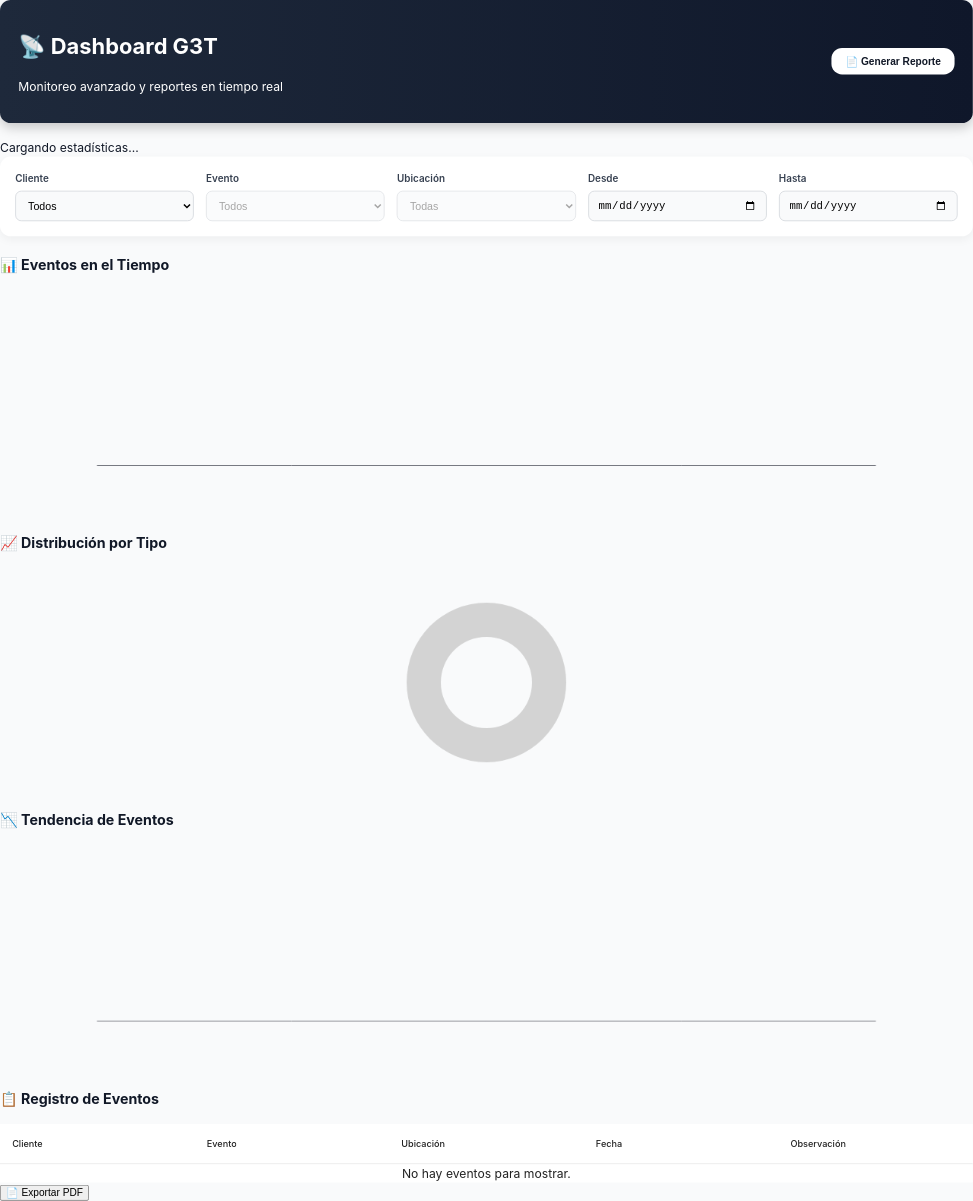
Repository: BBrian11/reportes
Page: /
These files come from the project's save history. The page is drawn as it stood at one moment and after the next save; the edit follows.
The browser window is 1280 px wide. The pictures show the whole page, at 76% of full size.
The page's requests for data from a server got no answer. The project was rebuilt for these pictures with package versions that can differ from the ones it lists, and the page was loaded fresh each time. Some packages were replaced by stand-ins written for this rebuild. No one was signed in, and anything a server would have sent is missing. Also part of the build but not shown: vite.config.js, src/styles/form.css.

Above is the page before, as saved 2025-07-29 14:00:40.

### index.html
<!DOCTYPE html>
<html lang="es">
  <head>
    <meta charset="UTF-8" />
    <meta name="viewport" content="width=device-width, initial-scale=1.0" />
    <title>Dashboard G3T</title>
  </head>
  <body>
    <div id="root"></div>
    <script type="module" src="/src/main.jsx"></script>
  </body>
</html>

### src/main.jsx
import React from "react";
import ReactDOM from "react-dom/client";
import App from "./App.jsx";
import "./styles/dashboard.css";
import "./styles/form.css";

ReactDOM.createRoot(document.getElementById("root")).render(
  <React.StrictMode>
    <App />
  </React.StrictMode>
);

### src/App.jsx
import React from "react";
import Dashboard from "./components/Dashboard/Dashboard.jsx";

export default function App() {
  return <Dashboard />;
}

### src/styles/dashboard.css
/* ===========================
   DASHBOARD PRO G3T
   =========================== */
   :root {
    --color-primary: #2563eb;
    --color-secondary: #1e40af;
    --color-success: #14b8a6;
    --color-warning: #facc15;
    --color-danger: #dc2626;
    --bg-light: #f9fafb;
    --text-dark: #111827;
    --radius: 14px;
    --transition: 0.3s ease;
  }

  body {
    font-family: 'Inter', sans-serif;
    background-color: var(--bg-light);
    color: var(--text-dark);
    margin: 0;
    padding: 0;
    line-height: 1.5;
  }

  /* ---- Header ---- */
  .dashboard-header {
    background: linear-gradient(90deg, #1e293b, #0f172a);
    color: #fff;
    padding: 20px 24px;
    border-radius: var(--radius);
    display: flex;
    justify-content: space-between;
    align-items: center;
    margin-bottom: 20px;
    box-shadow: 0 6px 16px rgba(0,0,0,0.2);
  }

  .dashboard-header h1 {
    font-size: 1.8rem;
    font-weight: 700;
  }

  .dashboard-header button {
    background: #fff;
    color: var(--text-dark);
    font-weight: 600;
    padding: 10px 18px;
    border-radius: var(--radius);
    cursor: pointer;
    border: none;
    transition: var(--transition);
  }

  .dashboard-header button:hover {
    background: #e5e7eb;
  }

  /* ---- Stats Cards ---- */
  .stats-grid {
    display: grid;
    grid-template-columns: repeat(auto-fit, minmax(280px, 1fr));
    gap: 20px;
    margin-bottom: 24px;
  }

  .stat-card {
    border-radius: var(--radius);
    padding: 20px;
    color: #fff;
    text-align: center;
    font-weight: 600;
    position: relative;
    overflow: hidden;
    box-shadow: 0 4px 14px rgba(0,0,0,0.08);
    transition: transform var(--transition);
  }

  .stat-card:hover {
    transform: translateY(-4px);
  }

  .stat-card h2 {
    font-size: 1.6rem;
    margin-top: 8px;
  }

  /* ---- Filters ---- */
  .filters-box {
    background: #fff;
    padding: 18px;
    border-radius: var(--radius);
    display: flex;
    flex-wrap: wrap;
    gap: 12px;
    margin-bottom: 24px;
    box-shadow: 0 4px 12px rgba(0,0,0,0.05);
  }

  .filters-box select,
  .filters-box input {
    padding: 10px 12px;
    border-radius: 8px;
    border: 1px solid #d1d5db;
    font-size: 14px;
    min-width: 150px;
    transition: var(--transition);
  }

  .filters-box select:focus,
  .filters-box input:focus {
    border-color: var(--color-primary);
    outline: none;
    box-shadow: 0 0 0 3px rgba(37,99,235,0.2);
  }

  /* ---- Charts ---- */
  .chart-container {
    background: #fff;
    padding: 18px;
    border-radius: var(--radius);
    margin-bottom: 20px;
    box-shadow: 0 4px 12px rgba(0,0,0,0.05);
    transition: var(--transition);
  }

  .chart-container:hover {
    transform: scale(1.02);
  }
  /* ---- Filters ---- */
.filters-box {
    background: #fff;
    padding: 20px;
    border-radius: var(--radius);
    display: flex;
    flex-wrap: wrap;
    gap: 16px;
    align-items: flex-end;
    box-shadow: 0 4px 12px rgba(0,0,0,0.05);
  }

  .filter-item {
    display: flex;
    flex-direction: column;
    min-width: 160px;
    flex: 1;
  }

  .filter-label {
    font-size: 13px;
    font-weight: 600;
    color: #374151;
    margin-bottom: 6px;
  }

  .filter-select,
  .filter-input {
    padding: 10px 12px;
    border-radius: 10px;
    border: 1px solid #d1d5db;
    background: #f9fafb;
    font-size: 14px;
    transition: all 0.3s ease;
  }

  .filter-select:focus,
  .filter-input:focus {
    border-color: var(--color-primary);
    background: #fff;
    box-shadow: 0 0 0 3px rgba(37,99,235,0.2);
    outline: none;
  }

  /* ---- Events Table ---- */
  .table-wrapper {
    background: #fff;
    padding: 18px;
    border-radius: var(--radius);
    box-shadow: 0 4px 12px rgba(0,0,0,0.05);
  }

  /* ---- Buttons ---- */
  .btn-primary {
    background: var(--color-primary);
    color: #fff;
    padding: 10px 16px;
    border-radius: var(--radius);
    font-weight: 600;
    cursor: pointer;
    transition: var(--transition);
    border: none;
  }

  .btn-primary:hover {
    background: var(--color-secondary);
  }

### src/components/Dashboard/Dashboard.jsx
// src/components/Dashboard/Dashboard.jsx
import React, { useEffect, useState } from "react";
import Header from "./Header.jsx";
import StatsCards from "./StatsCards.jsx";
import Filters from "./Filters.jsx";
import Charts from "./Charts.jsx";
import EventsTable from "./EventsTable.jsx";
import ExportPDF from "./ExportPDF.jsx";
import { collection, onSnapshot } from "firebase/firestore";
import { db } from "../../services/firebase";
import "../../styles/dashboard.css";

export default function Dashboard() {
  const [eventos, setEventos] = useState([]);
  const [filtros, setFiltros] = useState({
    cliente: "",
    evento: "",
    ubicacion: "",
    fechaInicio: "",
    fechaFin: "",
  });

  // 🔹 Cargar datos de TODAS las colecciones
  useEffect(() => {
    const collections = [
      { path: "novedades/tgs/eventos", cliente: "TGS", eventoKey: "evento-tgs", ubicacionKey: "locaciones-tgs" },
      { path: "novedades/edificios/eventos", cliente: "Edificios", eventoKey: "evento-edificio" }, // 🔥 Sin ubicacionKey fijo
      { path: "novedades/vtv/eventos", cliente: "VTV", eventoKey: "evento-vtv", ubicacionKey: "planta-vtv" },
      { path: "novedades/barrios/eventos", cliente: "Barrios", eventoKey: "evento-barrios", ubicacionKey: "barrio" },
      { path: "novedades/otros/eventos", cliente: "Otros", eventoKey: "evento-otros", ubicacionKey: "otro" }
    ];


    const unsubscribes = collections.map(({ path, cliente, eventoKey, ubicacionKey }) =>
      onSnapshot(collection(db, path), (snapshot) => {
        const nuevos = snapshot.docs.map((doc) => {
          const d = doc.data();

          let ubicacion = "Sin Ubicación";

          if (cliente === "Edificios") {
            // ✅ Armar la ubicación con Edificio + Unidad
            const edificio = d["edificio"] || "";
            const unidad = d["unidad"] ? ` - ${d["unidad"]}` : "";
            ubicacion = edificio ? edificio + unidad : "Sin Ubicación";
          } else {
            // ✅ Para los demás clientes usamos ubicacionKey
            ubicacion = d[ubicacionKey] || "Sin Ubicación";
          }

          return {
            id: doc.id,
            cliente,
            evento: d[eventoKey] || "Sin Evento",
            ubicacion,
            fecha: d.fechaHoraEnvio
              ? new Date(d.fechaHoraEnvio.seconds * 1000).toLocaleString("es-AR")
              : "Sin Fecha",
            observacion: d[`observaciones-${cliente.toLowerCase()}`] || "Sin Observación",
          };
        });


        setEventos((prev) => {
          const filtradosPrev = prev.filter((e) => e.cliente !== cliente);
          return [...filtradosPrev, ...nuevos];
        });
      })
    );

    return () => unsubscribes.forEach((unsub) => unsub());
  }, []);

  // 🔍 Aplicar filtros
  const eventosFiltrados = eventos.filter((e) => {
    const fecha = new Date(e.fecha);
    const fechaInicio = filtros.fechaInicio ? new Date(filtros.fechaInicio) : null;
    const fechaFin = filtros.fechaFin ? new Date(filtros.fechaFin) : null;

    return (
      (!filtros.cliente || e.cliente === filtros.cliente) &&
      (!filtros.evento || e.evento === filtros.evento) &&
      (!filtros.ubicacion || e.ubicacion === filtros.ubicacion) &&
      (!fechaInicio || fecha >= fechaInicio) &&
      (!fechaFin || fecha <= fechaFin)
    );
  });

  return (
    <div className="p-4 bg-gray-100 min-h-screen">
      <Header />
      <StatsCards eventos={eventosFiltrados} />
      <Filters filtros={filtros} setFiltros={setFiltros} eventos={eventos} />
      <Charts eventos={eventosFiltrados} />
      <EventsTable eventos={eventosFiltrados} />
      <ExportPDF eventos={eventosFiltrados} />
    </div>
  );
}

### src/components/Dashboard/Header.jsx
// src/components/Dashboard/Header.jsx
import React from "react";

export default function Header() {
  return (
    <div className="dashboard-header">
      <div>
        <h1>📡 Dashboard G3T</h1>
        <p>Monitoreo avanzado y reportes en tiempo real</p>
      </div>
      <button className="btn-primary">📄 Generar Reporte</button>
    </div>
  );
}

### src/components/Dashboard/StatsCards.jsx
import React from "react";

export default function StatsCards({ eventos }) {
  if (!eventos || eventos.length === 0) {
    return (
      <div className="flex justify-center items-center text-gray-500 mb-6 animate-pulse">
        Cargando estadísticas...
      </div>
    );
  }

  // ✅ Calcular estadísticas
  const eventCount = {};
  const locationCount = {};

  eventos.forEach((e) => {
    eventCount[e.evento] = (eventCount[e.evento] || 0) + 1;
    locationCount[e.ubicacion] = (locationCount[e.ubicacion] || 0) + 1;
  });

  const eventoMasFrecuente = Object.entries(eventCount).sort((a, b) => b[1] - a[1])[0][0];
  const ubicacionMasFrecuente = Object.entries(locationCount).sort((a, b) => b[1] - a[1])[0][0];

  // ✅ Evento crítico
  const eventosCriticosLista = [
    "Alarma", "Puerta Forzada", "Coacción", "Pánico", "Intrusión", "Robo"
  ];

  const eventoCritico =
    eventos.find((e) =>
      eventosCriticosLista.some((critico) =>
        e.evento.toLowerCase().includes(critico.toLowerCase())
      )
    )?.evento || "Sin Evento Crítico";
    return (
      <div className="stats-grid">
        <div className="stat-card" style={{ background: "var(--color-success)" }}>
          <p>🚨 Evento más recurrente</p>
          <h2>{eventoMasFrecuente}</h2>
        </div>
        <div className="stat-card" style={{ background: "var(--color-warning)", color: "#000" }}>
          <p>📍 Ubicación con más eventos</p>
          <h2>{ubicacionMasFrecuente}</h2>
        </div>
        <div className="stat-card" style={{ background: "var(--color-danger)" }}>
          <p>⚠ Evento Crítico</p>
          <h2>{eventoCritico}</h2>
        </div>
      </div>
    );

}

### src/components/Dashboard/Filters.jsx
import React from "react";

export default function Filters({ filtros, setFiltros, eventos }) {
  // Filtrar dinámicamente
  const eventosPorCliente = filtros.cliente
    ? eventos.filter((e) => e.cliente === filtros.cliente)
    : eventos;

  const clientes = [...new Set(eventos.map((e) => e.cliente))];
  const eventosUnicos = [...new Set(eventosPorCliente.map((e) => e.evento))];
  const ubicaciones = [...new Set(eventosPorCliente.map((e) => e.ubicacion))];

  return (
    <div className="filters-box">
      {/* Cliente */}
      <div className="filter-item">
        <label className="filter-label">Cliente</label>
        <select
          className="filter-select"
          value={filtros.cliente}
          onChange={(e) =>
            setFiltros({ ...filtros, cliente: e.target.value, evento: "", ubicacion: "" })
          }
        >
          <option value="">Todos</option>
          {clientes.map((c, idx) => (
            <option key={idx} value={c}>
              {c}
            </option>
          ))}
        </select>
      </div>

      {/* Evento */}
      <div className="filter-item">
        <label className="filter-label">Evento</label>
        <select
          className="filter-select"
          value={filtros.evento}
          onChange={(e) => setFiltros({ ...filtros, evento: e.target.value })}
          disabled={!filtros.cliente}
        >
          <option value="">Todos</option>
          {eventosUnicos.map((ev, idx) => (
            <option key={idx} value={ev}>
              {ev}
            </option>
          ))}
        </select>
      </div>

      {/* Ubicación */}
      <div className="filter-item">
        <label className="filter-label">Ubicación</label>
        <select
          className="filter-select"
          value={filtros.ubicacion}
          onChange={(e) => setFiltros({ ...filtros, ubicacion: e.target.value })}
          disabled={!filtros.cliente}
        >
          <option value="">Todas</option>
          {ubicaciones.map((u, idx) => (
            <option key={idx} value={u}>
              {u}
            </option>
          ))}
        </select>
      </div>

      {/* Fechas */}
      <div className="filter-item">
        <label className="filter-label">Desde</label>
        <input
          type="date"
          className="filter-input"
          value={filtros.fechaInicio}
          onChange={(e) => setFiltros({ ...filtros, fechaInicio: e.target.value })}
        />
      </div>
      <div className="filter-item">
        <label className="filter-label">Hasta</label>
        <input
          type="date"
          className="filter-input"
          value={filtros.fechaFin}
          onChange={(e) => setFiltros({ ...filtros, fechaFin: e.target.value })}
        />
      </div>
    </div>
  );
}

### src/components/Dashboard/Charts.jsx
// src/components/Dashboard/Charts.jsx
import React from "react";
import BarChart from "./BarChart.jsx";
import PieChart from "./PieChart.jsx";
import LineChart from "./LineChart.jsx";

export default function Charts({ eventos }) {
  return (
    <div className="grid grid-cols-1 gap-6 md:grid-cols-2 mb-6">
      <div className="col-span-2 bg-white rounded-lg shadow p-4">
        <h3 className="text-lg font-bold mb-2 text-center">📊 Eventos en el Tiempo</h3>
        <BarChart eventos={eventos} />
      </div>
      <div className="bg-white rounded-lg shadow p-4">
        <h3 className="text-lg font-bold mb-2 text-center">📈 Distribución por Tipo</h3>
        <PieChart eventos={eventos} />
      </div>
      <div className="bg-white rounded-lg shadow p-4">
        <h3 className="text-lg font-bold mb-2 text-center">📉 Tendencia de Eventos</h3>
        <LineChart eventos={eventos} />
      </div>
    </div>
  );
}

### src/components/Dashboard/EventsTable.jsx
// src/components/Dashboard/EventsTable.jsx
import React from "react";
import DataTable from "react-data-table-component";

export default function EventsTable({ eventos }) {
  const columns = [
    { name: "Cliente", selector: (row) => row.cliente, sortable: true },
    { name: "Evento", selector: (row) => row.evento, sortable: true },
    { name: "Ubicación", selector: (row) => row.ubicacion },
    { name: "Fecha", selector: (row) => row.fecha },
    { name: "Observación", selector: (row) => row.observacion },
  ];

  return (
    <div className="bg-white rounded-lg shadow p-4 mb-6">
      <h3 className="text-lg font-bold mb-2 flex items-center gap-2">
        📋 Registro de Eventos
      </h3>
      <DataTable
        columns={columns}
        data={eventos}
        pagination
        highlightOnHover
        responsive
        persistTableHead
        striped
        noDataComponent="No hay eventos para mostrar."
      />
    </div>
  );
}

### src/components/Dashboard/ExportPDF.jsx
// src/components/Dashboard/ExportPDF.jsx
import React from "react";
import jsPDF from "jspdf";
import autoTable from "jspdf-autotable";
import Swal from "sweetalert2";

export default function ExportPDF({ eventos }) {
  const generatePDF = async () => {
    if (eventos.length === 0) {
      Swal.fire("Aviso", "No hay datos para exportar.", "warning");
      return;
    }

    // ✅ Generar PDF
    const pdf = new jsPDF("p", "mm", "a4");
    pdf.setFont("helvetica", "bold");
    pdf.setFontSize(18);
    pdf.text("Reporte de Eventos G3T", 105, 20, { align: "center" });

    pdf.setFontSize(12);
    pdf.setFont("helvetica", "normal");
    pdf.text(`Fecha: ${new Date().toLocaleDateString("es-AR")}`, 14, 30);

    pdf.line(10, 35, 200, 35);

    // ✅ Tabla con autoTable
    const tableData = eventos.map((e) => [
      e.cliente,
      e.evento,
      e.ubicacion,
      e.fecha,
      e.observacion,
    ]);

    autoTable(pdf, {
      head: [["Cliente", "Evento", "Ubicación", "Fecha", "Observación"]],
      body: tableData,
      startY: 40,
      theme: "striped",
      headStyles: { fillColor: [32, 178, 170], textColor: 255 },
      bodyStyles: { fontSize: 10 },
    });

    pdf.save(`REPORTE_EVENTOS_G3T_${Date.now()}.pdf`);
  };

  return (
    <div className="text-right mb-6">
      <button
        onClick={generatePDF}
        className="bg-blue-600 text-white px-4 py-2 rounded-lg shadow hover:bg-blue-700 transition"
      >
        📄 Exportar PDF
      </button>
    </div>
  );
}

### src/services/firebase.js
import { initializeApp } from "firebase/app";
import { getFirestore } from "firebase/firestore";
import { getAuth } from "firebase/auth";

const firebaseConfig = {
  apiKey: "AIzaSyCZcj7AOQoXHHn1vDiyoCQbDIQRMfvhOlA",
  authDomain: "reportesg3t.firebaseapp.com",
  projectId: "reportesg3t",
  storageBucket: "reportesg3t.appspot.com",
  messagingSenderId: "571918948751",
  appId: "1:571918948751:web:055d012f4e1f3f8de5d3fa"
};

const app = initializeApp(firebaseConfig);
export const db = getFirestore(app);
export const auth = getAuth(app);

### src/components/Dashboard/BarChart.jsx
// src/components/Dashboard/BarChart.jsx
import React, { useEffect } from "react";
import * as echarts from "echarts";

export default function BarChart({ eventos }) {
  useEffect(() => {
    const chartDom = document.getElementById("barChart");
    const myChart = echarts.init(chartDom);

    const eventCounts = {};
    eventos.forEach((e) => {
      const fecha = e.fecha.split(",")[0];
      eventCounts[fecha] = (eventCounts[fecha] || 0) + 1;
    });

    const labels = Object.keys(eventCounts);
    const values = Object.values(eventCounts);

    myChart.setOption({
      tooltip: { trigger: "axis" },
      xAxis: { type: "category", data: labels },
      yAxis: { type: "value" },
      series: [
        {
          data: values,
          type: "bar",
          itemStyle: { color: "#20B2AA" },
          label: { show: true, position: "top" },
        },
      ],
    });

    return () => myChart.dispose();
  }, [eventos]);

  return <div id="barChart" style={{ height: "300px" }}></div>;
}

### src/components/Dashboard/PieChart.jsx
// src/components/Dashboard/PieChart.jsx
import React, { useEffect } from "react";
import * as echarts from "echarts";

export default function PieChart({ eventos }) {
  useEffect(() => {
    const chartDom = document.getElementById("pieChart");
    const myChart = echarts.init(chartDom);

    const eventCounts = {};
    eventos.forEach((e) => {
      eventCounts[e.evento] = (eventCounts[e.evento] || 0) + 1;
    });

    const data = Object.keys(eventCounts).map((key) => ({
      name: key,
      value: eventCounts[key],
    }));

    myChart.setOption({
      tooltip: { trigger: "item" },
      series: [
        {
          type: "pie",
          radius: ["40%", "70%"],
          avoidLabelOverlap: false,
          label: { show: true, formatter: "{b}: {c}" },
          data: data,
        },
      ],
    });

    return () => myChart.dispose();
  }, [eventos]);

  return <div id="pieChart" style={{ height: "300px" }}></div>;
}

### src/components/Dashboard/LineChart.jsx
// src/components/Dashboard/LineChart.jsx
import React, { useEffect } from "react";
import * as echarts from "echarts";

export default function LineChart({ eventos }) {
  useEffect(() => {
    const chartDom = document.getElementById("lineChart");
    const myChart = echarts.init(chartDom);

    const dateCounts = {};
    eventos.forEach((e) => {
      const fecha = e.fecha.split(",")[0];
      dateCounts[fecha] = (dateCounts[fecha] || 0) + 1;
    });

    const labels = Object.keys(dateCounts);
    const values = Object.values(dateCounts);

    myChart.setOption({
      tooltip: { trigger: "axis" },
      xAxis: { type: "category", data: labels },
      yAxis: { type: "value" },
      series: [
        {
          data: values,
          type: "line",
          smooth: true,
          itemStyle: { color: "#FF6F61" },
        },
      ],
    });

    return () => myChart.dispose();
  }, [eventos]);

  return <div id="lineChart" style={{ height: "300px" }}></div>;
}

After the next save:
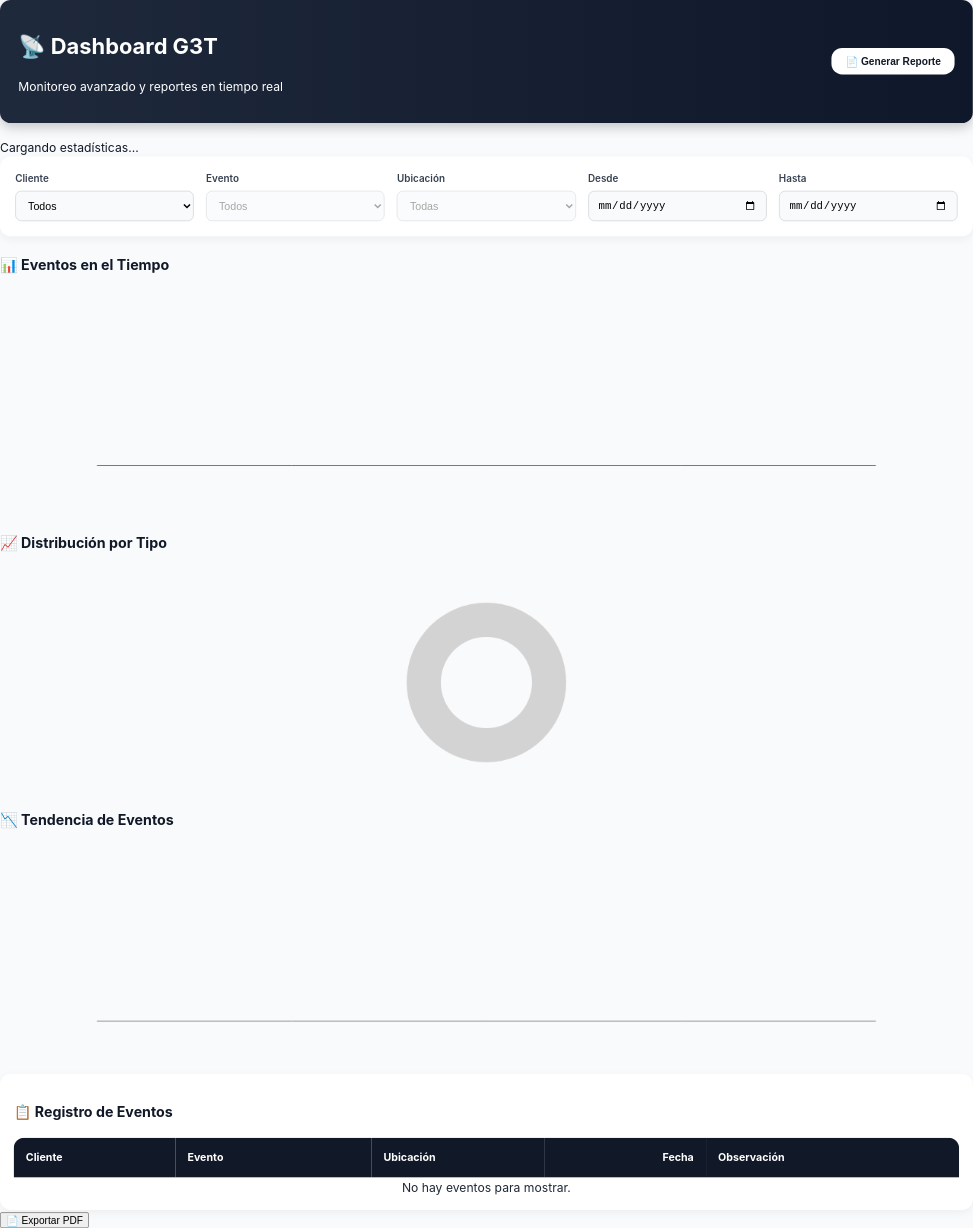
Saved 56 min 41 s later.
--- a/src/components/Dashboard/EventsTable.jsx
+++ b/src/components/Dashboard/EventsTable.jsx
@@ -1,19 +1,90 @@
-// src/components/Dashboard/EventsTable.jsx
 import React from "react";
-import DataTable from "react-data-table-component";
+import DataTable, { createTheme } from "react-data-table-component";
+
+// ✅ Crear tema personalizado para DataTable
+createTheme("g3tTheme", {
+  text: {
+    primary: "#1f2937",
+    secondary: "#6b7280",
+  },
+  background: {
+    default: "#ffffff",
+  },
+  context: {
+    background: "#2563eb",
+    text: "#FFFFFF",
+  },
+  divider: {
+    default: "#e5e7eb",
+  },
+  action: {
+    button: "rgba(0,0,0,.54)",
+    hover: "rgba(0,0,0,.08)",
+    disabled: "rgba(0,0,0,.12)",
+  },
+});
 
 export default function EventsTable({ eventos }) {
   const columns = [
-    { name: "Cliente", selector: (row) => row.cliente, sortable: true },
-    { name: "Evento", selector: (row) => row.evento, sortable: true },
-    { name: "Ubicación", selector: (row) => row.ubicacion },
-    { name: "Fecha", selector: (row) => row.fecha },
-    { name: "Observación", selector: (row) => row.observacion },
+    {
+      name: "Cliente",
+      selector: (row) => row.cliente,
+      sortable: true,
+      grow: 1.2,
+    },
+    {
+      name: "Evento",
+      selector: (row) => row.evento,
+      sortable: true,
+      grow: 1.5,
+    },
+    { name: "Ubicación", selector: (row) => row.ubicacion, grow: 1.3 },
+    {
+      name: "Fecha",
+      selector: (row) => row.fecha,
+      sortable: true,
+      right: true,
+      grow: 1.2,
+    },
+    {
+      name: "Observación",
+      selector: (row) => row.observacion,
+      grow: 2,
+      wrap: true,
+    },
   ];
 
+  const customStyles = {
+    headCells: {
+      style: {
+        fontWeight: "700",
+        fontSize: "14px",
+        backgroundColor: "#111827",
+        color: "#fff",
+        paddingTop: "12px",
+        paddingBottom: "12px",
+      },
+    },
+    cells: {
+      style: {
+        fontSize: "13px",
+        paddingTop: "8px",
+        paddingBottom: "8px",
+      },
+    },
+    rows: {
+      style: {
+        "&:hover": {
+          backgroundColor: "#f3f4f6",
+          cursor: "pointer",
+        },
+      },
+    },
+  };
+
   return (
-    <div className="bg-white rounded-lg shadow p-4 mb-6">
-      <h3 className="text-lg font-bold mb-2 flex items-center gap-2">
+    <div className="table-wrapper">
+      <h3 className="text-lg font-bold mb-4 flex items-center gap-2 text-gray-700">
         📋 Registro de Eventos
       </h3>
       <DataTable
@@ -25,6 +96,12 @@ export default function EventsTable({ eventos }) {
         persistTableHead
         striped
         noDataComponent="No hay eventos para mostrar."
+        theme="g3tTheme"
+        customStyles={customStyles}
+        paginationPerPage={10}
+        paginationRowsPerPageOptions={[10, 20, 50]}
+        fixedHeader
+        fixedHeaderScrollHeight="400px"
       />
     </div>
   );
